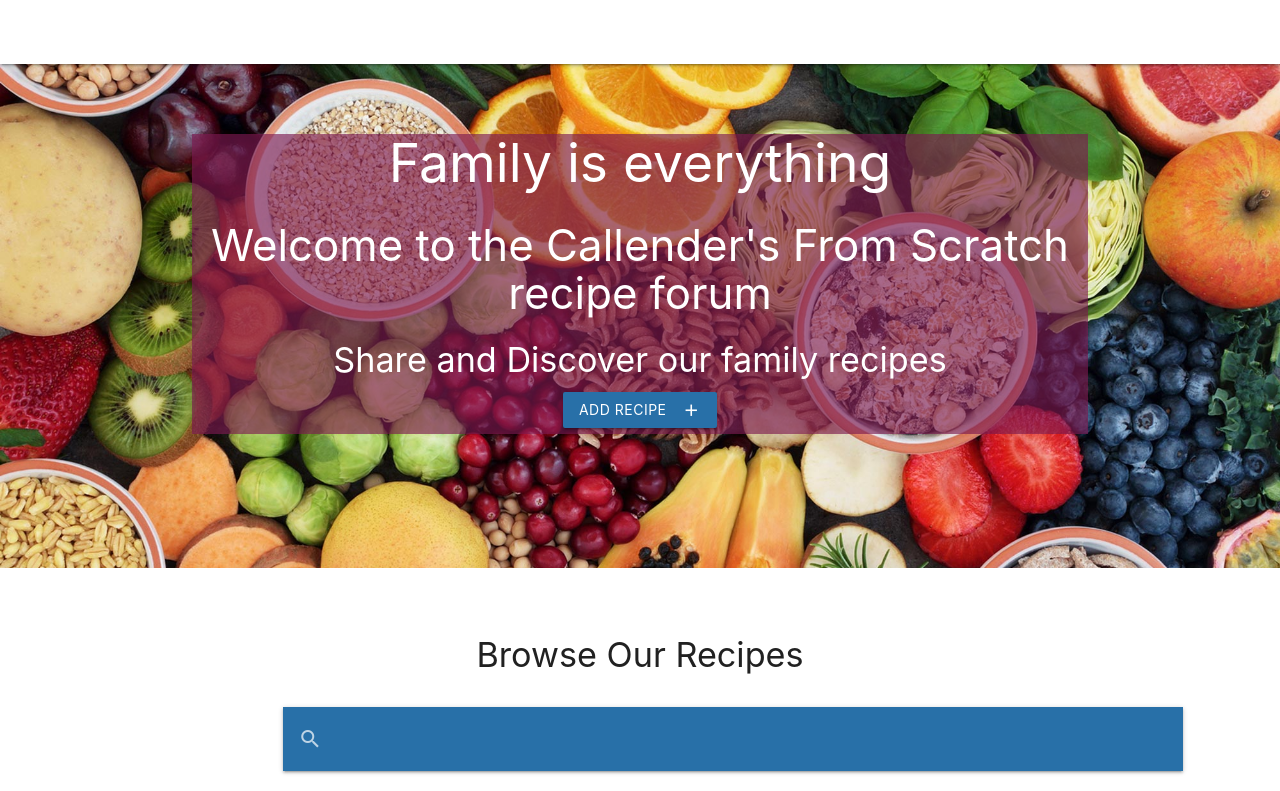
Repository: callendera/MilestoneProject3
Page: http://localhost/
The author's editor kept a record of every edit. The page is drawn from the files as they stood at one moment, then again after the next edit.
The browser window is 1280 px wide. The pictures show the whole page.
Backgrounds fixed to the window are drawn as part of the page. The page is served by the project's application, run on Flask 3 (recipe.py). Queries for data that is not in the repository find no rows.

Above is the page before.
Console error: SyntaxError: Unexpected token ')'

### templates/recipehome.html
{% extends 'base.html' %} {% block content %}
<div class="callout background-callout">
    <div class="container callout-text-background-color">

        <h2>Family is everything</h2>
        <h3>Welcome to the Callender's From Scratch recipe forum</h3>
        <h4>Share and Discover our family recipes</h4>
        <a href="#modal1" class="font-color modal-trigger"><button class="btn waves-effect waves-light center my-btn-color">Add Recipe
        <i class="material-icons right">add</i></a>

    </div>
</div>

<div id="all-recipes"></div>
</br>
</br>
<div class="container flow-text">
    <h4 class="center">Browse Our Recipes</h4>
    <div class="row recipe-row-margin">
        <div class="col s12">
            <nav class="my-search-bar-margin center">
                <div class="nav-wrapper my-btn-color">
                    <form>
                        <div class="input-field">
                            <input id="search" type="search" required>
                            <label class="label-icon" for="search"><i class="material-icons">search</i></label>
                            <i class="material-icons">close</i>
                        </div>
                    </form>
                </div>
            </nav>
        </div>
        {% for recipes in from_scratch %}
        <div class="col s6">
            <a href="{{url_for('view_recipe', recipe_id=recipes._id)}}"><img class="materialboxed recipe-image" data-caption="{{recipes.recipe_name}}" src="{{recipes.recipe_image}}" alt="No Image Available"></a>
            <p class="recipe-name-margin"><strong>{{recipes.recipe_name}}</strong></p>
        </div>
        {% endfor %}
    </div>
</div>
{% endblock %}

### templates/base.html
<!DOCTYPE html>
<html>

<head>
    <link href="https://fonts.googleapis.com/icon?family=Material+Icons" rel="stylesheet">
    <!--link for Icons in Materialize-->

    <!--JQuery needs to be active before Materialize can render its' data-->

    <link rel="stylesheet" href="https://cdnjs.cloudflare.com/ajax/libs/materialize/1.0.0/css/materialize.min.css">
    <!--link to CSS in a static folder-->
    <link rel="stylesheet" href="{{url_for('static',filename='css/style.css')}}" type="text/css" />
</head>

<body>
    <!--navbar is fixed at the top for UX-->
    <div class="navbar-fixed ">
        <nav class="transparent">
            <!--Unique class names are named based on their purpose-->
            <div class="nav-wrapper my-navbar-margin">
                <!--links to home page-->
                <a href="{{ url_for('get_recipes') }}" class="brand-logo">From Scratch</a>
                <!--triggers sidenav in mobile view-->
                <a data-target="mobile-nav" class="sidenav-trigger"><i class="material-icons">menu</i></a>
                <ul class="right hide-on-med-and-down">
                    <!--links to home page-->
                    <li><a href="{{ url_for('get_recipes') }}">Home</a></li>
                    <!--links to all recipes page-->
                    <li><a href="{{ url_for('all_recipes') }}">All Recipes</a></li>
                    <!--links to mdal to add recipe, triggers add_recipe function-->
                    <li><a class="modal-trigger" href="#modal1">Add Recipes</a></li>
                </ul>
            </div>
        </nav>
    </div>


    <ul class="sidenav" id="mobile-nav">
        <!--links to home page-->
        <li><a href="{{ url_for('get_recipes') }}">Home</a></li>
        <!--links to all recipes page-->
        <li><a href="{{ url_for('all_recipes') }}">All Recipes</a></li>
        <!--links to modal to add recipes, triggers add_recipe function-->
        <li><a class="modal-trigger" href="#modal1">Add Recipes</a></li>
    </ul>



    {% block content %}
    <!--contains any content needed for each page, this give a template for such-->
    {% endblock %}
    <!-- modal is used to add recipes-->
    <div id="modal1" class="modal scale-transition scale-out">
        <div class="modal-content">
            <h3>Add Recipe</h3>
            <div class="row">
                <!--action triggers insert recipe function to insert completed form into MongoDB-->
                <form class="col s12" action="{{ url_for('insert_recipe') }}" method='POST' onSubmit="alert('Thank You for Sharing your Recipe. View Below')">
                    <!--gives alert to confirm to the user that the recipe was added-->
                    <div class="row">
                        <div class="input-field col s6">
                            <!--ALL NAMES AND IDS MATCH THE MONGO DATABASE NAMES FOR CERTAIN ITEMS TO TRIGGER ITS PLACEMENT INTO THE DATABASE-->
                            <input id="recipe_name" name="recipe_name" type="text" class="validate" required="" aria-required="true">
                            <label for="recipe_name">Recipe Name</label>
                        </div>

                        <div class="input-field col s6">
                            <select id="recipe_type" name="recipe_type" required="" aria-required="true">
                  <option value="" disabled selected>Choose your option</option>
                  <option value="Vegetarian">Vegetarian</option>
                  <option value="Chicken">Chicken</option>
                  <option value="Beef">Beef</option>
                  <option value="Vegan">Vegan</option>
                  <option value="Fish">Fish</option>
                  <option value="Pork">Pork</option>
                </select>
                            <label>What is your recipe?</label>
                        </div>
                    </div>
                    <div class="row">
                        <div class="input-field col s12">
                            <input placeholder="List all Ingredients and Special Instructions" name="ingredients0" id="ingredients0" type="text" class="validate" required="" aria-required="true">
                            <label for="ingredients0">Ingredients</label>
                        </div>
                    </div>
                    <div class="row">
                        <div class="input-field col s12">
                            <input id="directions0" name="directions0" type="text" class="validate" required="" aria-required="true">
                            <label for="directions0">Directions</label>
                        </div>
                    </div>
                    <div class="row">
                        <div class="input-field col s12">
                            <input id="nutrition0" name="nutrition0" type="text" class="validate" required="" aria-required="true">
                            <label for="nutrition0">Nutrition Facts</label>
                        </div>
                    </div>
                    <div class="row">
                        <div class="col s6">
                            Serves:
                            <div class="input-field inline">
                                <input id="serves" name="serves" type="number" class="validate" required="" aria-required="true">
                                <label for="serves">How Many People? </label>

                            </div>
                        </div>
                        <div class="input-field col s6">
                            <input placeholder="Your Name" id="recipe_by" name="recipe_by" type="text" class="validate" required="" aria-required="true">
                            <label for="recipe_by">Recipe by:</label>
                        </div>
                    </div>
                    <div class="row">
                        <div class="input-field col s12">
                            <input placeholder="Please give the URL of your recipe image" id="recipe_image" name="recipe_image" type="text" class="validate">
                            <label for="recipe_image">Recipe Image</label>
                        </div>
                    </div>
                    <!--button triggers the insert function, and inserts new recipe to the database-->
                    <button class="btn waves-effect waves-light modal-close right my-btn-color" type="submit" name="action">Add Recipe
            <i class="material-icons right">add</i>
         </button>
                </form>
            </div>
        </div>
    </div>


    <script src="https://cdnjs.cloudflare.com/ajax/libs/jquery/3.4.1/jquery.min.js" integrity="sha256-CSXorXvZcTkaix6Yvo6HppcZGetbYMGWSFlBw8HfCJo=" crossorigin="anonymous"></script>
    <!-- Script for JQuery dom manipulation-->
    <script src="https://cdnjs.cloudflare.com/ajax/libs/materialize/1.0.0/js/materialize.min.js"></script>
    <!-- Script to use Materialize functionality-->

    <script src='http://code.jquery.com/jquery-3.3.1.min.js'></script>
    <script src='/javascripts/register.js'></script>
    <!-- Scripts to use Materialize functionality-->
    <!--scroll bar category picker in form script-->
    <script type="text/javascript">
        $(document).ready(function() {
            $('select').formSelect();

        });
    </script>
        <!--script to use side nav in mobile view-->
    <script type="text/javascript">
        $(document).ready(function() {
            $('.sidenav').sidenav();
        });
    </script>
    <!--for action button on view recipe page-->
    <script type="text/javascript">
        $(document).ready(function() {
            $('.fixed-action-btn').floatingActionButton();
        });
    </script>
    <!--to trigger modal-->
    <script type="text/javascript">
        $(document).ready(function() {
            $('.modal').modal();
        });
    </script>
</body>

</html>

### recipe.py
import os
from flask import Flask, render_template, redirect, request, url_for
from flask_pymongo import PyMongo
from bson.objectid import ObjectId
#sets up application for use with PyMongo, Flask, Bson file, and OS for the underlying operating system python is running on

app = Flask(__name__)
app.config["MONGO_DBNAME"] = 'from_scratch'
#creates link between Database and application
app.config["MONGO_URI"] = os.getenv("MONGO_URI")

mongo = PyMongo(app)

@app.route('/')

#from_scratch is my database, recipes is my collection within the database

@app.route('/get_recipes')
#function used to display recipes on home page
def get_recipes():
    from_scratch = mongo.db.recipes.find()
    return render_template( "recipehome.html", from_scratch=from_scratch)

@app.route('/all_recipes')
#function used to display all recipes on All recipes page
def all_recipes():
    from_scratch = mongo.db.recipes.find()
    return render_template( "allrecipes.html", from_scratch=from_scratch)

@app.route('/add_recipes')
#function that triggers the modal and insert_recipe function
def add_recipes():
    from_scratch = mongo.db.recipes.find()
    return render_template("recipehome.html")

@app.route('/insert_recipe', methods=['POST'])
def insert_recipe():
    from_scratch = mongo.db.recipes
    recipes = from_scratch.insert(request.form.to_dict())
    #after adding the recipe to the database it redirects the user to the newly added recipe to view the full recipe
    return redirect(url_for('view_recipe', recipe_id=recipes))

@app.route('/view_recipe/<recipe_id>')
#function allows user to view the recipe details page, displays full recipe
def view_recipe(recipe_id):
    return render_template('recipedetails.html', from_scratch=mongo.db.recipes.find({'_id': ObjectId(recipe_id)}))


@app.route('/edit_recipe/<recipe_id>')
#function that triggers the edit recipe page, must call on particular Object id to trigger specific item in database
def edit_recipe(recipe_id):
    the_recipe =  mongo.db.recipes.find_one({'_id': ObjectId(recipe_id)})
    return render_template('editrecipe.html', recipes=the_recipe)

@app.route('/update_recipe/<recipe_id>', methods=["POST"])
#function that allows the user to update the recipe in the database, must call on particular Object id to trigger specific item in database
def update_recipe(recipe_id):
    from_scratch = mongo.db.recipes
    recipes = from_scratch.update( {'_id': ObjectId(recipe_id)},
    {
        #gives the specifics of what is being updated below
        'recipe_name':request.form.get('recipe_name'),
        'recipe_type':request.form.get('recipe_type'),
        'ingredients0': request.form.get('ingredients0'),
        'directions0': request.form.get('directions0'),
        'nutrition0':request.form.get('nutrition0'),
        'serves':request.form.get('serves'),
        'recipe_by':request.form.get('recipe_by'),
        'recipe_image':request.form.get('recipe_image')
    })
    #after updating the recipe it redirects the user to the now updated recipe
    return redirect(url_for('view_recipe', recipe_id=recipe_id))

@app.route('/delete_recipe/<recipe_id>')
#function located in the modal to delete the recipe
def delete_recipe(recipe_id):
    mongo.db.recipes.remove({'_id': ObjectId(recipe_id)})
    return redirect(url_for('get_recipes'))

@app.route('/search_box/', methods=['POST', 'GET'])
def search_box():
    search_term = request.form['search_text']
    print("def search_box | var search term = " + search_term)
    if (search_term != ''):
         return redirect(url_for('search_results', search_text=search_term))
    else:
        return render_template('allrecipes.html', from_scratch=mongo.db.recipes.find())




@app.route('/search_results<search_text>')
def search_results(search_text):
    mongo.db.recipes.create_index([("$**", 'text')])
    search_results = mongo.db.recipes.find({'$text': {'$search': search_text}})
    return render_template('searchrecipe.html', recipes=search_results)


if __name__ == '__main__':
    app.run(host=os.environ.get('IP'),
            port=int(os.environ.get('PORT')),
            debug=True)
#So they know how and where to run application

### static/css/style.css
.recipe-image {
     /*---gives the div surrounding the image style as to not stretch the image---*/
    height: 300px;
    width: 400px;
    padding: 20px;
    padding-bottom: 0px;
    margin-top: 20px;
}

.recipe-title-top-margin {
    /*--- pushes the recipe title down in view full recipe image page ---*/
    margin-top: 100px;
}

.recipe-name-margin {
     /*--- adjusts space around recipe name on recipe home page ---*/
    margin-top: 0px;
}

.view-recipe-container-margin {
     /*--- Puts space between bottom of page and end of full recipe on view recipe page ---*/
    margin-bottom: 60px;
}

.background-callout {
    /*--- FOR ALL BACKGROUND CONTAINERS sets background image for callout container.
    it is set to not repeat, so the image doesnt stretch, and the image will be centered horizontally and
    pushed to the top of the container. the background will also not scroll, but remained positioned so things will scroll past it---*/
    background: url(../images/home.jpg)no-repeat center center fixed;
    -webkit-background-size: cover;
    -moz-background-size: cover;
    -o-background-size: cover;
    background-size: cover;
    overflow: hidden;
    align-items: center;
    justify-content: center;
    height: 40vh;
}


.callout-text-background-color {
    /*--- gives slightly transparent background for text in callout on home page, also provides spacing for words ---*/
    text-align: center;
    background-color: #7c1a50a3;
    color: white;
    height: 300px;
    margin-top: 400px;


}

.view-recipe-image {
    /*--- pushes the image for the selected recipe down from navbar on view recipe page ---*/
    padding-top: 50px;
}

.recipe-row-margin {
    /*--- centers the for-loop of recipes on home page and on the all recipes page ---*/
    margin-left: 80px;
}

.my-navbar-padding {
    /*--- gives padding to the navbar so it is not right on the border of the screen ---*/
    padding-left: 40px;
    padding-right: 40px;
    background-color: #7c1a50ed;
}

.my-btn-color {
    background-color: #2870a8;
}

.my-btn-color:hover {
    /*--- color of background: blue ---*/
    background-color: #2870a8cf;
    /*--- when mouse is hovered the button will transition for
    .40seconds to a darker green color. the color will gradually ease in and then ease out. ---*/
    transition: all 0.40s ease-in-out;
    -moz-transition: all 0.40s ease-in-out;
    -webkit-transition: all 0.40s ease-in-out;
    -o-transition: all 0.40s ease-in-out;
    /*--- adjustments for each web browser ---*/
}


.my-link-color {
    color: #3384d8;
}

.font-color {
    color: white;
}

.my-search-bar-margin {
    margin-top: 20px;
}

/*---Media Queries---*/

/*--- adjustemnts for different screensizes,
    small-->big all features tested on google chrome inspect ---*/

@media (min-width: 576px) {
    .callout-text-background-color {
        margin-top: 200px;
        ;
    }

}

@media (min-width: 768px) {
    .background-callout {

        background: url("../images/home.jpg")no-repeat center center fixed;
        /*--- adjusts background for different browsers ---*/
        -webkit-background-size: cover;
        -moz-background-size: cover;
        -o-background-size: cover;
        background-size: cover;

        /*--- makes the background fit to the container ---*/
        overflow: hidden;

        /*--- aligns and justifies text in container ---*/
        align-items: center;
        justify-content: center;
        /*--- the height that container will take up in the viewport ---*/
        height: 60vh;
    }
    .callout-text-background-color {
        margin-top: 50px;
        ;
    }

     .my-search-bar-margin {
    width: 840px;
    }

     .recipe-row-margin {
    margin-left: 0px;
    }

}

@media (min-width: 992px) {
    .background-callout {

        background: url("../images/home.jpg")no-repeat center center fixed;
        /*--- adjusts background for different browsers ---*/
        -webkit-background-size: cover;
        -moz-background-size: cover;
        -o-background-size: cover;
        background-size: cover;

        /*--- makes the background fit to the container ---*/
        overflow: hidden;

        /*--- aligns and justifies text in container ---*/
        align-items: center;
        justify-content: center;
        /*--- the height that container will take up in the viewport ---*/
        height: 60vh;
    }
    .callout-text-background-color {
        margin-top: 90px;
        ;
    }
    .my-search-bar-margin {
    width: 850px;
    }
    .recipe-row-margin {
    margin-left: 0px;
    }


}

@media (min-width: 1200px) {
    .background-callout {

        background: url("../images/foods.jpg")no-repeat center center fixed;
        /*--- adjusts background for different browsers ---*/
        -webkit-background-size: cover;
        -moz-background-size: cover;
        -o-background-size: cover;
        background-size: cover;

        /*--- makes the background fit to the container ---*/
        overflow: hidden;

        /*--- aligns and justifies text in container ---*/
        align-items: center;
        justify-content: center;
        /*--- the height that container will take up in the viewport ---*/
        height: 70vh;
    }
    .callout-text-background-color {
        margin-top: 70px;
        ;
    }

    .my-search-bar-margin {
    width: 900px;
    }
    .recipe-row-margin {
    margin-left: 80px;
}

}

### register.js
$(function(){
    $("#register").on('click', function(event){
        event.preventDefault();
        var username   = $("#username").val();
        var password   = $("#password").val();

        if(!username || !password ||){
            $("#msgDiv").show().html("All fields are required.");
        }
        else{
            $.ajax({
                url: "/register",
                method: "POST",
                data: { user_name: username, password: password }
            }).done(function( data ) {
                if ( data ) {
                    if(data.status == 'error'){
                        var errors = '<ul>';
                        $.each( data.message, function( key, value ) {
                            errors = errors +'<li>'+value.msg+'</li>';
                        });
                        errors = errors+ '</ul>';
                        $("#msgDiv").html(errors).show();
                    }else{
                        $("#msgDiv").removeClass('invalid').addClass('valid').html(data.message).show();
                    }
                }
            });
        }
    });
});

After the next edit:
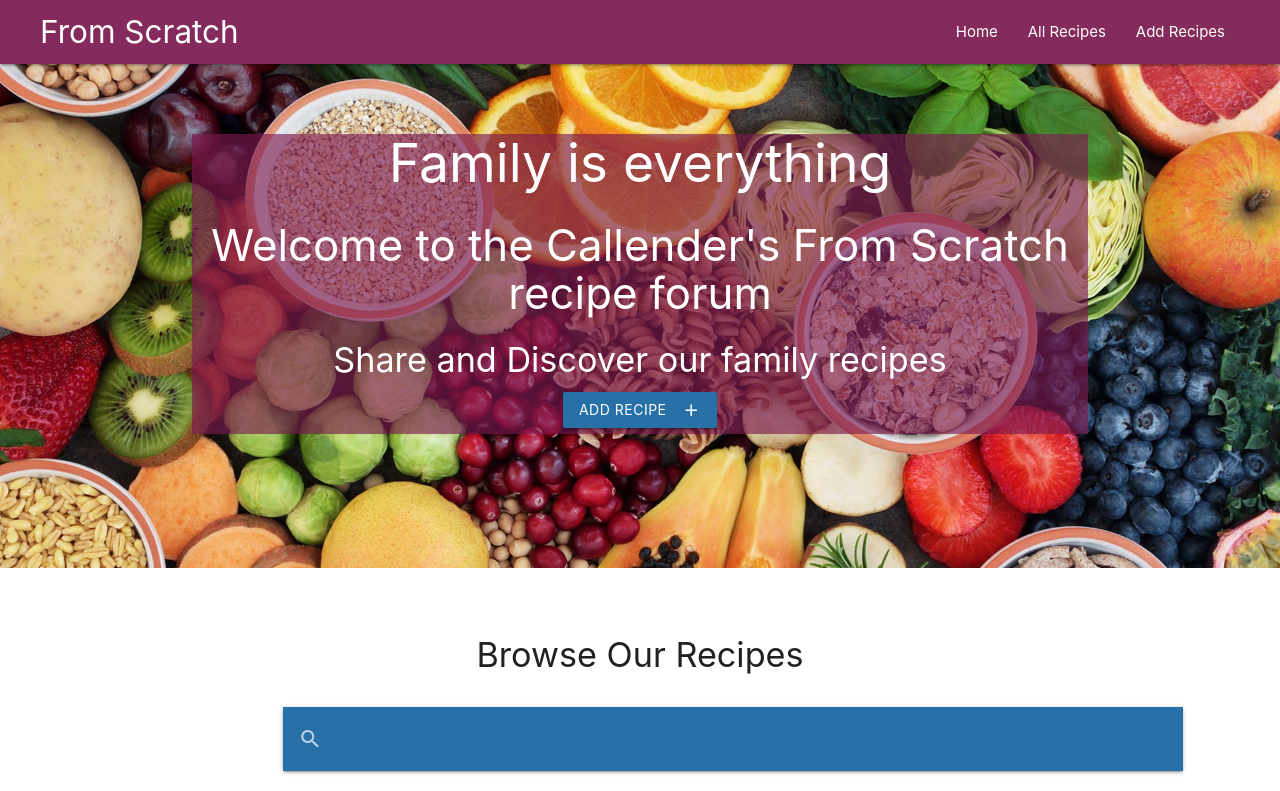
The edit:
--- a/templates/base.html
+++ b/templates/base.html
@@ -17,7 +17,7 @@
     <div class="navbar-fixed ">
         <nav class="transparent">
             <!--Unique class names are named based on their purpose-->
-            <div class="nav-wrapper my-navbar-margin">
+            <div class="nav-wrapper my-navbar-padding">
                 <!--links to home page-->
                 <a href="{{ url_for('get_recipes') }}" class="brand-logo">From Scratch</a>
                 <!--triggers sidenav in mobile view-->
